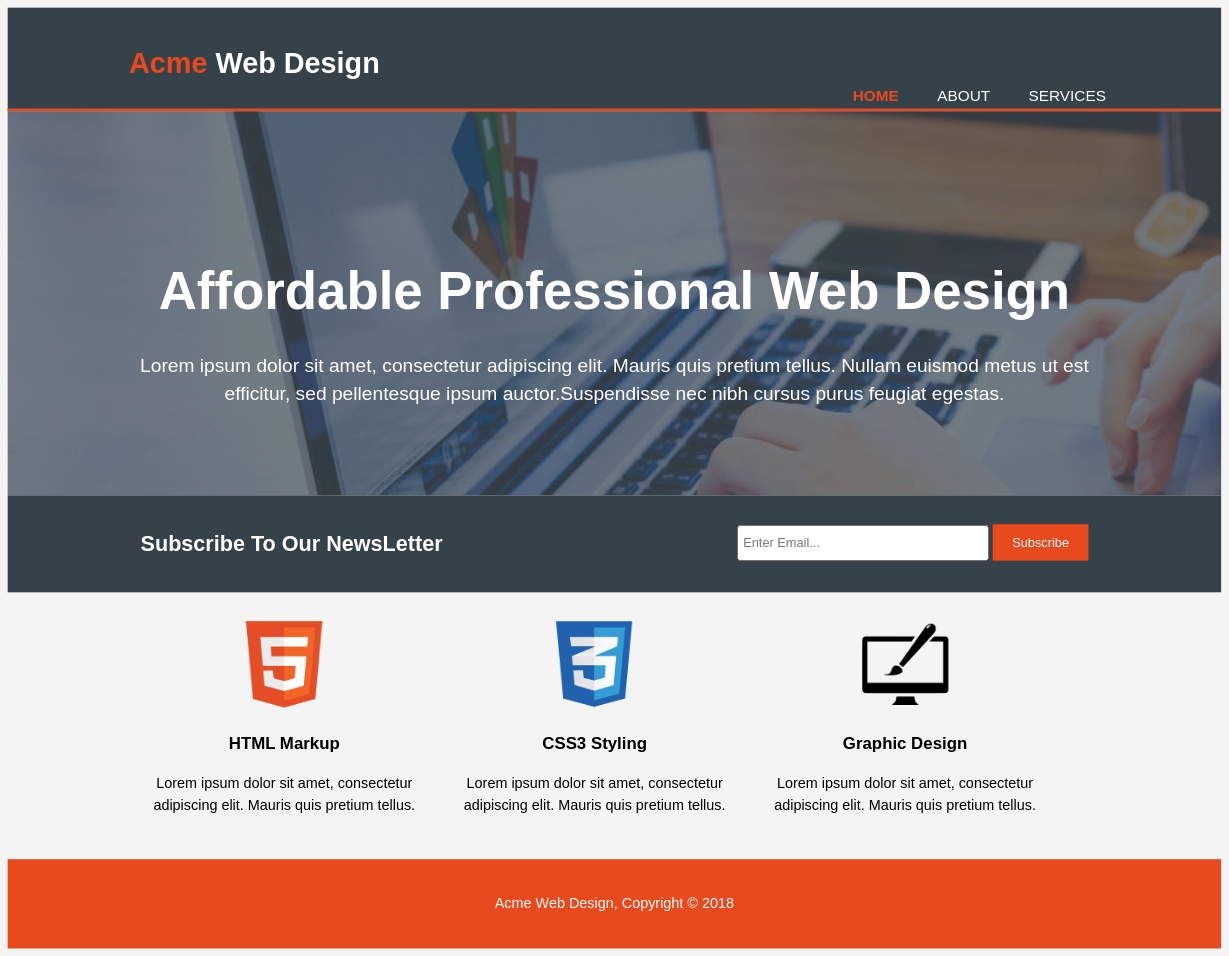
Repository: Meli9494/Proyecto-Bootstrap
Page: acme web/about.html
The author's editor kept a record of every edit. The page is drawn from the files as they stood at one moment, then again after the next edit.
The browser window is 1280 px wide. The pictures show the whole page, at 96% of full size.

Above is the page before.

After the next edit:
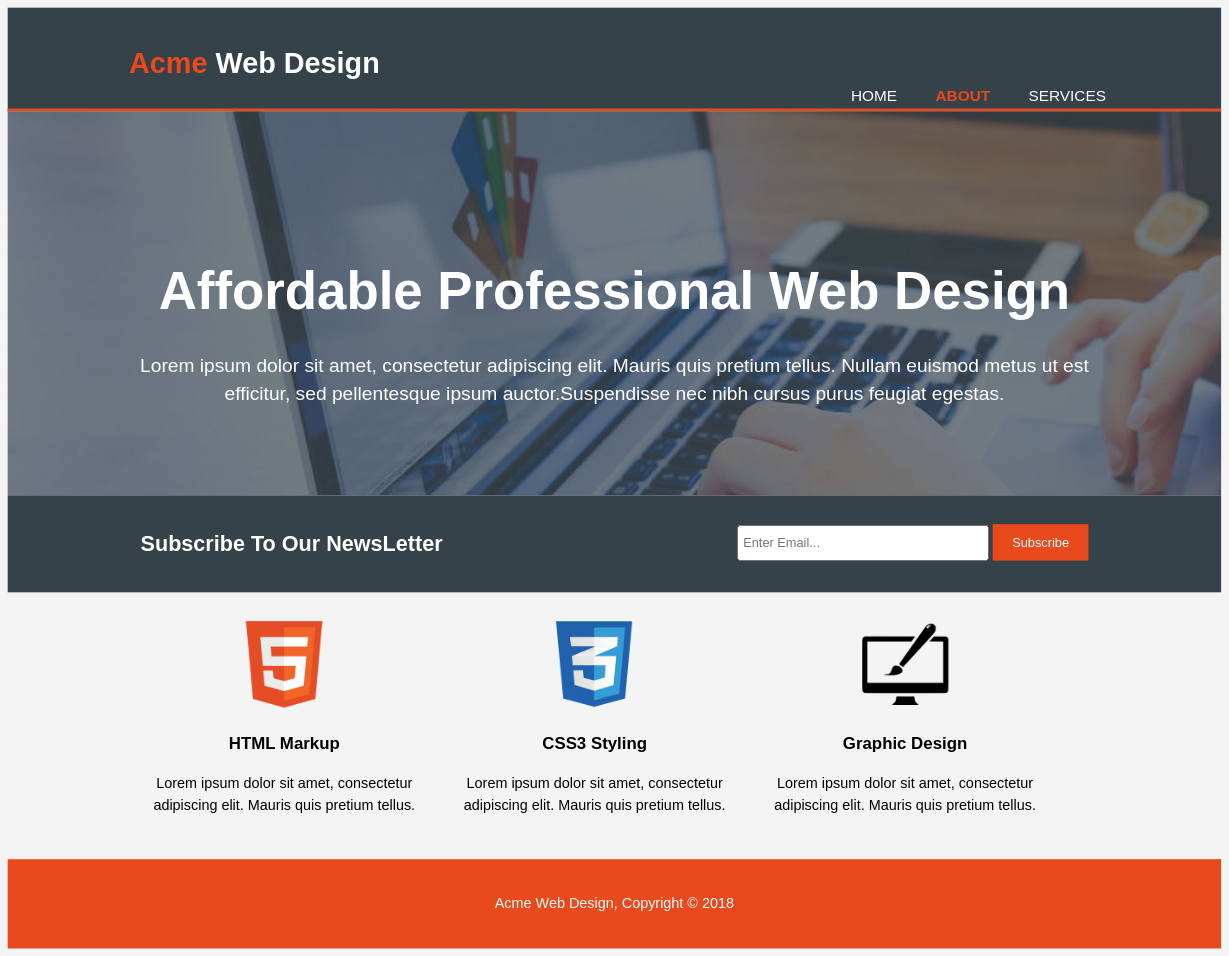
The edit:
--- a/acme web/about.html
+++ b/acme web/about.html
@@ -39,8 +39,8 @@
             ___________________________________________________________________________________________________-->
             <nav>
                 <ul>
-                    <li class="current"><a href="index.html">Home</a></li>
-                    <li><a href="about.html">About</a></li>
+                    <li><a href="index.html">Home</a></li>
+                    <li class="current"><a href="about.html">About</a></li>
                     <li><a href="services.html">Services</a></li>
                 </ul>
             </nav>
